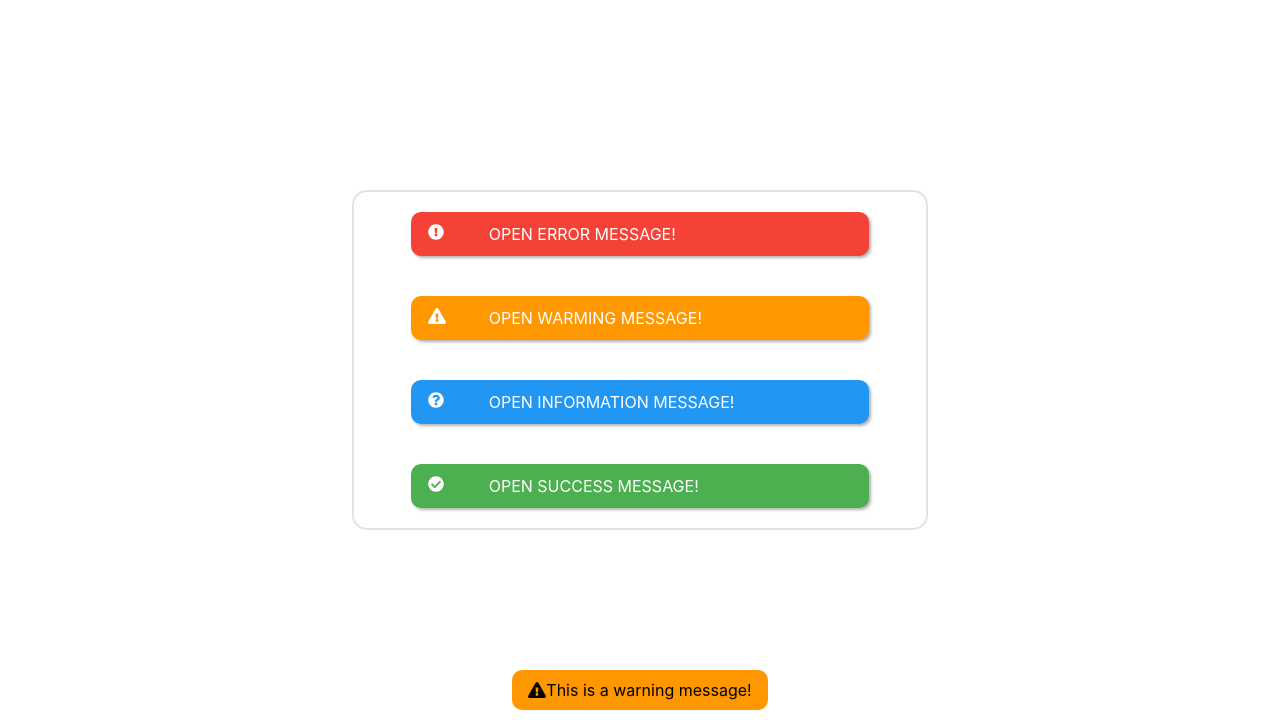
Repository: KrzysKolo/sr_tydzien5_zad2
Page: /, after clicking the first element matching `div.wrapper--btn > :nth-child(2)`
The author's editor kept a copy of each file at every save. The page is drawn from the files as they stood at one save, then again after the next save.
The browser window is 1280 px wide. The pictures show the whole page.
The project was rebuilt for these pictures with package versions that can differ from the ones it lists, and the page was loaded fresh each time.

Above is the page before, as saved 2020-12-28 04:43:34.

### public/index.html
<!DOCTYPE html>
<html lang="en">
  <head>
    <meta charset="utf-8" />
    <link rel="icon" href="%PUBLIC_URL%/favicon.ico" />
    <meta name="viewport" content="width=device-width, initial-scale=1" />
    <meta name="theme-color" content="#000000" />
    <meta
      name="description"
      content="Web site created using create-react-app"
    />
    <link rel="apple-touch-icon" href="%PUBLIC_URL%/logo192.png" />
    <!--
      manifest.json provides metadata used when your web app is installed on a
      user's mobile device or desktop. See https://developers.google.com/web/fundamentals/web-app-manifest/
    -->
    <link rel="manifest" href="%PUBLIC_URL%/manifest.json" />
    <!--
      Notice the use of %PUBLIC_URL% in the tags above.
      It will be replaced with the URL of the `public` folder during the build.
      Only files inside the `public` folder can be referenced from the HTML.

      Unlike "/favicon.ico" or "favicon.ico", "%PUBLIC_URL%/favicon.ico" will
      work correctly both with client-side routing and a non-root public URL.
      Learn how to configure a non-root public URL by running `npm run build`.
    -->
    <title>Zad 2 - snackbar</title>
  </head>
  <body>
    <noscript>You need to enable JavaScript to run this app.</noscript>
    <div id="root"></div>
    <!--
      This HTML file is a template.
      If you open it directly in the browser, you will see an empty page.

      You can add webfonts, meta tags, or analytics to this file.
      The build step will place the bundled scripts into the <body> tag.

      To begin the development, run `npm start` or `yarn start`.
      To create a production bundle, use `npm run build` or `yarn build`.
    -->
  </body>
</html>

### src/App.js
import React from 'react';
import Buttons from './components/Buttons';
import './App.css';
const App = () => {
  return (
    <div className="wrapper--btn">
      <Buttons />
    </div>
  )
}

export default App;

### src/components/Buttons.js
import React from 'react';
import ButtonsData from './../data/ButtonsData';
import Button from './Button';


const Buttons = () => {

    return (
        <>
            {ButtonsData.map(button =>
                <Button key={button.id} data={button} />
            )}

        </>
    )
}

export default Buttons;

### src/App.css
* {
  box-sizing: border-box;
  margin: 0;
}
body {
  width: 100vw;
  height: 100vh;
  display: flex;
  flex-direction: row;
  justify-content: center;
  align-items: center;
}
.wrapper--btn {
  border: 2px solid #e3e3e3;
  border-radius: 15px;
  width: 45vw;
  display: flex;
  flex-direction: column;
  justify-content: center;
  align-items: center;
}
.btn {
  border-radius: 10px;
  color: rgb(240, 239, 244);
  cursor: pointer;
  outline: none;
  padding: 10px 15px;
  margin: 20px;
  width: 80%;
  display: grid;
  grid-template-columns: 0.5fr 3fr;
  box-shadow: 2px 2px 3px rgba(102, 102, 102, 0.5);
  transition: all 0.3s ease-in-out;
}
.snackbar {
  font-size: 1rem;
  padding: 10px 16px;
  border-radius: 10px;
}
.error {
  color: white;
  background: rgb(244, 67, 54);
}

.success {
  color: rgb(124, 0, 0);
  background: rgb(76, 175, 80);
}
.information {
  color: yellow;
  background: rgb(33, 150, 243);
}

.warning {
  background: rgb(255, 152, 0);
  color: black;
}
.top-right {
  position: absolute;
  top: 10px;
  right: 10px;
}
.center-bottom {
  position: absolute;
  bottom: 10px;
  left: calc(100vw-50%);
}
.center-left {
  position: absolute;
  top: 25vh;
  left: 10px;
}
.bottom-right {
  position: absolute;
  bottom: 10px;
  right: 10px;
}

### src/data/ButtonsData.js
const ButtonsData = [
    {
      id: 0,
      name: "OPEN ERROR MESSAGE!",
      color: "rgb(244, 67, 54)",
      icon: "faExclamationCircle",
      type: "error",
      message: "This is an error message!",
      position: "top-right",
    },
    {
      id: 1,
      name: "OPEN WARMING MESSAGE!",
      color: "rgb(255, 152, 0)",
      icon: "faExclamationTriangle",
      type: "warning",
      message: "This is a warning message!",
      position: "center-bottom",
    },
    {
      id: 2,
      name: "OPEN INFORMATION MESSAGE!",
      color: "rgb(33, 150, 243)",
      icon: "faQuestionCircle",
      type: "information",
      message: "This is an information message!",
      position:"center-left",
    },
    {
      id: 3,
      name: "OPEN SUCCESS MESSAGE!",
      color: "rgb(76, 175, 80)",
      icon: "faCheckCircle",
      type: "success",
      message: "This is a success message!",
      position: "bottom-right",
    },

  ]
 export default ButtonsData;

### src/components/Button.js
import React, { useState } from 'react';
import Icons from './Icons';
import Snackbar from './Snackbar';


const Button = ({data } ) => {

    const [isHover, setIsHover] = useState(false);
    const OutStyle = {
        border: `2px solid ${data.color}`,
        background: data.color,
        color: "#fff",
      };

      const OverStyle = {
        border: `2px solid ${data.color}`,
        backgroundColor: "#fff",
        color: data.color,

      };
    const [shownSnackbar, setShownSnackbar] = useState(false);
    const handleClick = () => {

        setShownSnackbar(true);

    };
    return (
        <>

        <div className="btn"
        /* onClick={() => switchFunction(event)} */
        onClick={handleClick}
        style={isHover ? OverStyle : OutStyle}
        onMouseOver={() => setIsHover(true)}
        onMouseOut={() => setIsHover(false)}>
            <Icons icon={data.icon}/>
             {data.name}
        </div>
        {shownSnackbar && <Snackbar type={data.type} position={data.position} message={data.message} icon={data.icon} />}
        </>
    )
}

export default Button;

### src/components/Icons.js
import React from 'react';
import { FontAwesomeIcon } from '@fortawesome/react-fontawesome';
import { faCheckCircle, faQuestionCircle, faExclamationTriangle, faExclamationCircle } from '@fortawesome/free-solid-svg-icons';

const Icons = ({icon}) => {

        switch (icon) {
            case 'faExclamationCircle': return <FontAwesomeIcon icon={faExclamationCircle} />;
            case 'faExclamationTriangle': return <FontAwesomeIcon icon={faExclamationTriangle} />;
            case 'faQuestionCircle': return <FontAwesomeIcon icon={faQuestionCircle} />;
            case 'faCheckCircle': return <FontAwesomeIcon icon={faCheckCircle} />;
            default: return null;
            }



}

export default Icons;

### src/components/Snackbar.js
import React from 'react';
import Icons from './Icons';
const Snackbar = ({type, message, icon, position}) => {
    return (
        <div className={`snackbar ${type} ${position}`}>
           <Icons icon={icon} />{message}
        </div>
    )
}

export default Snackbar

Loaded but not shown: src/index.js (common file); src/index.css (common file)

After the next save:
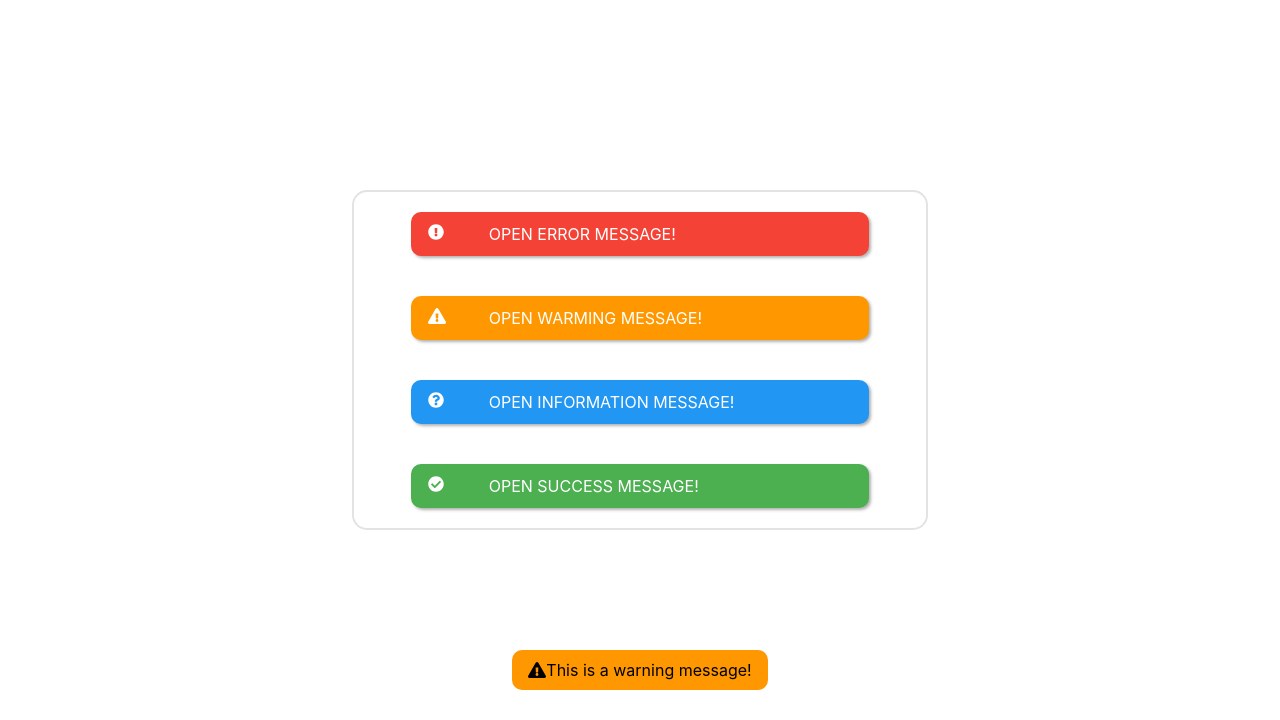
Saved 78 s later.
--- a/src/App.css
+++ b/src/App.css
@@ -62,7 +62,7 @@ body {
 }
 .center-bottom {
   position: absolute;
-  bottom: 10px;
+  bottom: 30px;
   left: calc(100vw-50%);
 }
 .center-left {
